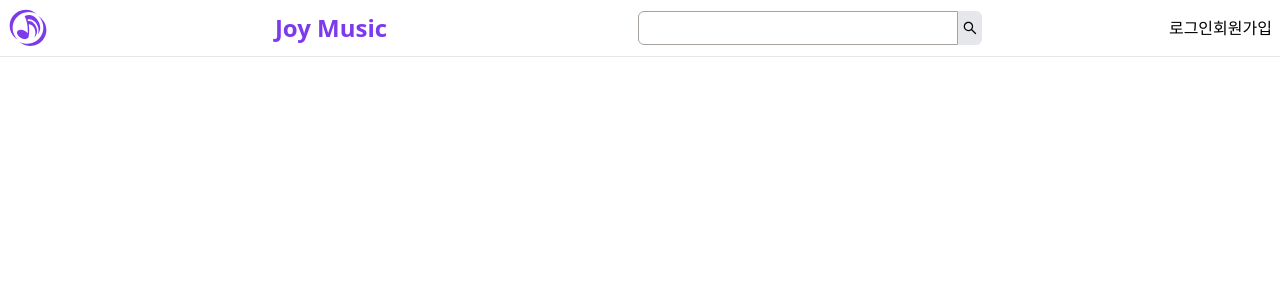
Repository: momo0170/joy-music
Page: /
An editor plug-in stored every save of this project. The page is shown before and after the next save, followed by the edit.
The browser window is 1280 px wide. The pictures show the whole page.
The project was rebuilt for these pictures with package versions that can differ from the ones it lists, and the page was loaded fresh each time. Also part of the build but not shown: src/App.css.

Above is the page before, as saved 2023-09-24 15:47:49.

### public/index.html
<!DOCTYPE html>
<html lang="en">
  <head>
    <meta charset="utf-8" />
    <link rel="icon" href="%PUBLIC_URL%/favicon.ico" />
    <meta name="viewport" content="width=device-width, initial-scale=1" />
    <meta name="theme-color" content="#000000" />
    <meta
      name="description"
      content="Web site created using create-react-app"
    />
    <link rel="apple-touch-icon" href="%PUBLIC_URL%/logo192.png" />
    <!-- <link rel="manifest" href="%PUBLIC_URL%/manifest.json" /> -->

    <title>Joy Music</title>
  </head>
  <body>
    <noscript>You need to enable JavaScript to run this app.</noscript>
    <div id="root"></div>
  </body>
</html>

### src/App.js
import './App.css';
import Header from './components/Header';

function App() {
  return (
    <>
      <Header />
    </>
  );
}

export default App;

### src/components/Header.jsx
import React from 'react';
import { GiMusicSpell } from 'react-icons/gi';
import { AiOutlineSearch } from 'react-icons/ai';

export default function Header() {
  return (
    <header className="flex justify-between p-2 border-b h-13 items-center">
      <GiMusicSpell size="40" color="#7c3aed" className="hover:animate-spin" />
      <div className="text-violet-600 text-2xl ml-2 font-bold">Joy Music</div>
      <form className="flex transform translate-x-8">
        <input
          type="text"
          className="rounded-l-md border border-stone-400 p-1 px-2 focus:shadow-inner2 outline-none focus:border-violet-600 placeholder:text-sm hover:shadow-hoverInput hover:border-hoverInput w-80"
        />
        <button className="bg-gray-200 p-1 rounded-r-md box-border hover:bg-gray-300">
          <AiOutlineSearch />
        </button>
      </form>
      <div className="flex">
        <button>로그인</button>
        <button>회원가입</button>
      </div>
    </header>
  );
}

Loaded but not shown: src/index.js (common file); src/index.css (common file); tailwind.config.js (common file)

After the next save:
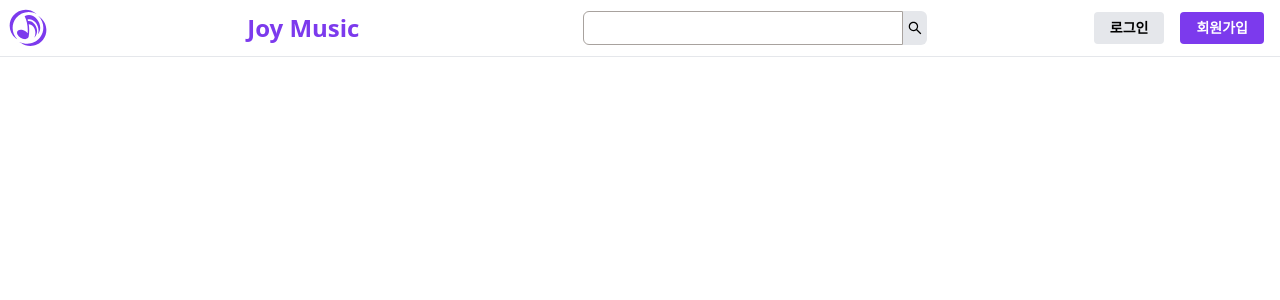
Saved 19 s later.
--- a/src/components/Header.jsx
+++ b/src/components/Header.jsx
@@ -17,8 +17,12 @@ export default function Header() {
         </button>
       </form>
       <div className="flex">
-        <button>로그인</button>
-        <button>회원가입</button>
+        <button className="bg-gray-200 mx-2 px-4 py-1.5 rounded text-sm font-semibold hover:bg-gray-300">
+          로그인
+        </button>
+        <button className="bg-violet-600 text-white mx-2 px-4 py-1.5 rounded text-sm font-semibold hover:bg-violet-700">
+          회원가입
+        </button>
       </div>
     </header>
   );
